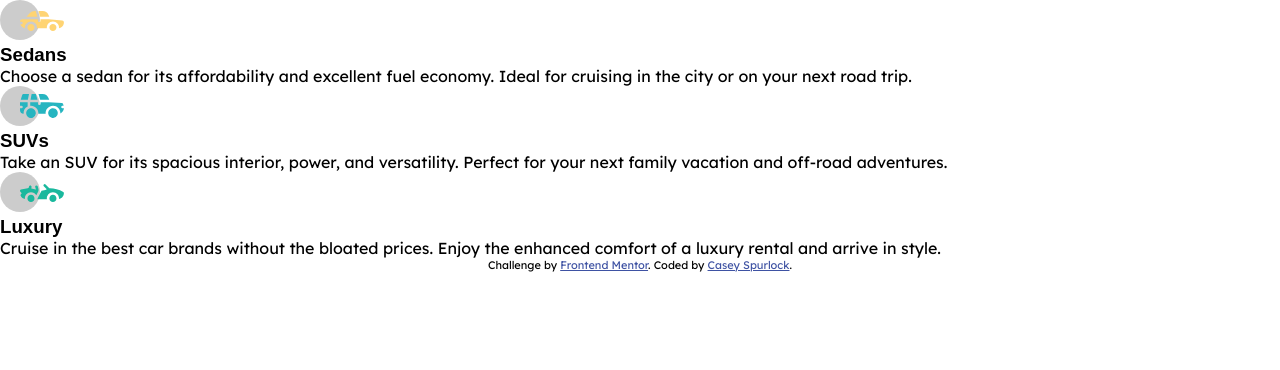
Repository: CaseySpurlock/3-column-preview-card-component-main
Page: index.html
The author's editor kept a copy of each file at every save. The page is drawn from the files as they stood at one save, then again after the next save.
The browser window is 1280 px wide. The pictures show the whole page.

Above is the page before, as saved 2021-06-23 10:18:06.

### index.html
<!DOCTYPE html>
<html lang="en">
<head>
  <meta charset="UTF-8">
  <meta name="viewport" content="width=device-width, initial-scale=1.0"> <!-- displays site properly based on user's device -->

  <link rel="icon" type="image/png" sizes="32x32" href="./images/favicon-32x32.png">

  <title>Frontend Mentor | 3-column preview card component</title>

  <!-- Stylesheets -->
  <link rel="stylesheet" href="style.css">
  <link rel="preconnect" href="https://fonts.googleapis.com">
  <link rel="preconnect" href="https://fonts.gstatic.com" crossorigin>
  <link href="https://fonts.googleapis.com/css2?family=Big+Shoulders+Display:wght@700&family=Lexend+Deca&display=swap" rel="stylesheet">
</head>


<body>
  <div class="container">
    <div class="card">
      <img src="./images/icon-sedans.svg" alt="sedan img">
      <h3>Sedans</h3>
      <p>Choose a sedan for its affordability and excellent fuel economy. Ideal for cruising in the city
        or on your next road trip.</p>
    </div>

    <div class="card">
      <img src="./images/icon-suvs.svg" alt="suv img">
      <h3>SUVs</h3>
      <p>Take an SUV for its spacious interior, power, and versatility. Perfect for your next family vacation
        and off-road adventures.</p>
    </div>

    <div class="card">
      <img src="./images/icon-luxury.svg" alt="luxury img">
      <h3>Luxury</h3>
      <p>Cruise in the best car brands without the bloated prices. Enjoy the enhanced comfort of a luxury
      rental and arrive in style.</p>
    </div>
  </div>

  <footer>
    <div class="attribution">
      Challenge by <a href="https://www.frontendmentor.io?ref=challenge" target="_blank">Frontend Mentor</a>.
      Coded by <a href="https://csgc86.myportfolio.com/" target="_blank">Casey Spurlock</a>.
    </div>
  </footer>
</body>
</html>

### style.css
* {
    margin: 0;
    padding: 0;
    box-sizing: border-box;
    display: flexbox;
}

body {
    font-family: "Lexend deca", sans-serif;
}

h3 {
    font-family: "Big Shoilders Display", sans-serif;
}


.attribution {
    font-size: 11px;
    text-align: center;
}

.attribution a {
    color: hsl(228, 45%, 44%);
}

After the next save:
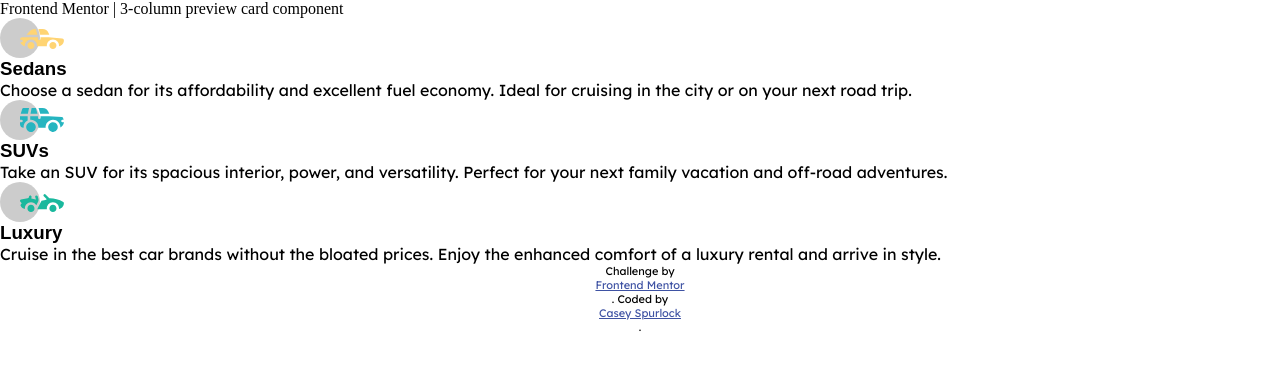
Saved 7 s later.
--- a/style.css
+++ b/style.css
@@ -2,7 +2,7 @@
     margin: 0;
     padding: 0;
     box-sizing: border-box;
-    display: flexbox;
+    display: grid;
 }
 
 body {

After the save that followed:
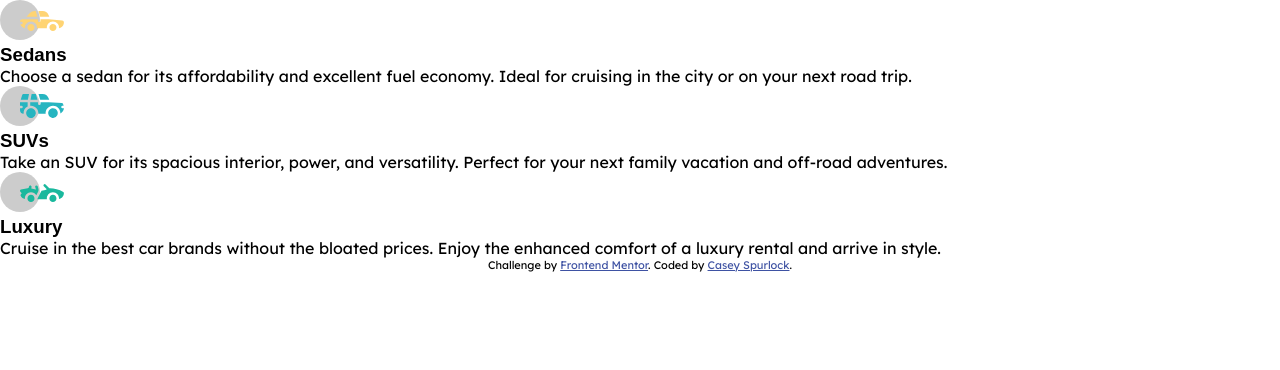
Saved 7 s later.
--- a/style.css
+++ b/style.css
@@ -2,7 +2,6 @@
     margin: 0;
     padding: 0;
     box-sizing: border-box;
-    display: grid;
 }
 
 body {
